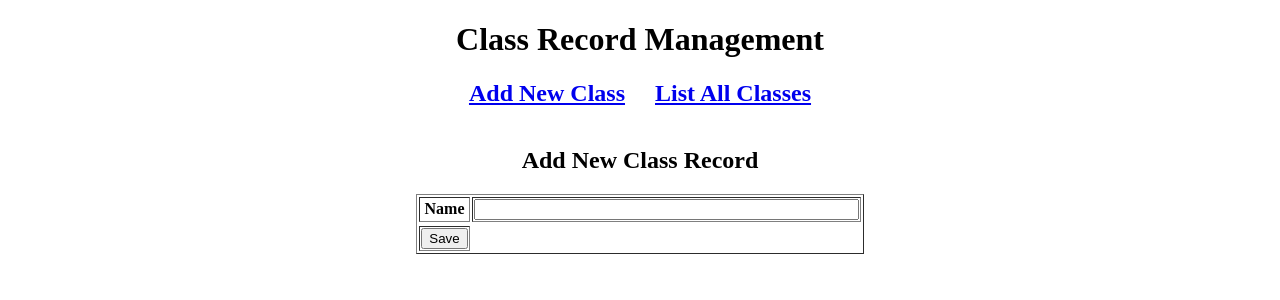
Repository: ashkumar661/Phase-2-Project
Page: http://localhost/crud-example/class-form.jsp
The author's editor kept a copy of each file at every save. The page is drawn from the files as they stood at one save, then again after the next save.
The browser window is 1280 px wide. The pictures show the whole page.
The page is served by Tomcat 9.

Above is the page before, as saved 2022-05-15 22:13:56.

After the next save:
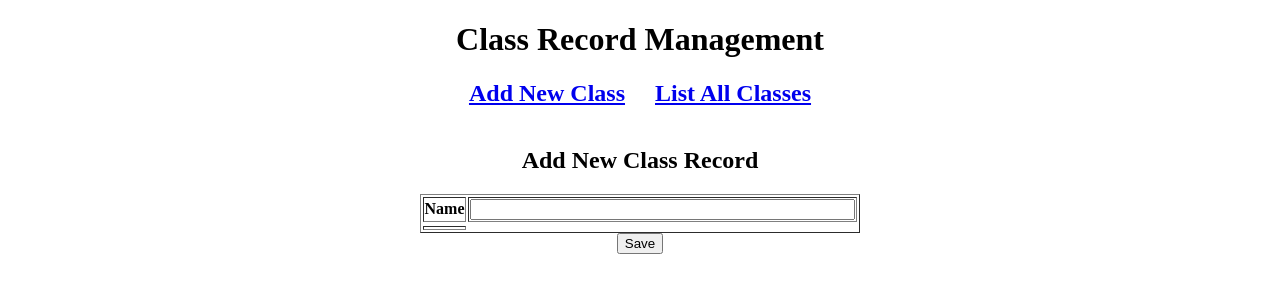
Saved 9 s later.
--- a/crud-example/src/main/webapp/class-form.jsp
+++ b/crud-example/src/main/webapp/class-form.jsp
@@ -43,9 +43,10 @@
 			</tr>
 			<tr>
 			<tr>
-				<td align="center"><input type="submit" value="Save" /></td>
+				<td align="center">
 			</tr>
 		</table>
+		<input type="submit" value="Save" /></td>
 		</form>
 	</center>
 </body>
